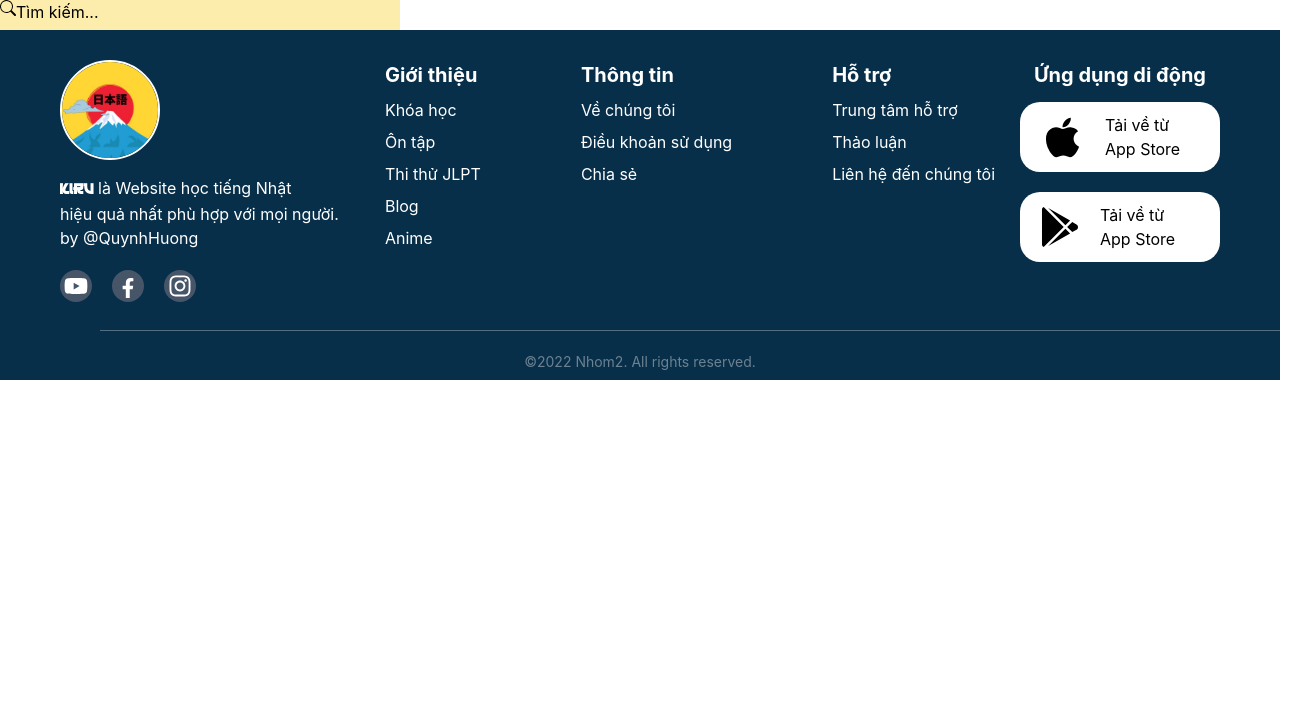
Repository: Quynhhuong150322/Kiru_Website-hoc-tieng-Nhat
Page: /TrangChu
An editor plug-in stored every save of this project. The page is shown before and after a run of saves, followed by the edit.
The browser window is 1280 px wide. The page is 1300 px wide, so the pictures cover 1300 px, including what lies to the right of the window. The pictures show the whole page.
The project was rebuilt for these pictures with package versions that can differ from the ones it lists, and the page was loaded fresh each time. Also part of the build but not shown: src/component/header_footer/Menu.js.

Above is the page before, as saved 2023-08-18 03:31:32.

After the next 2 saves:
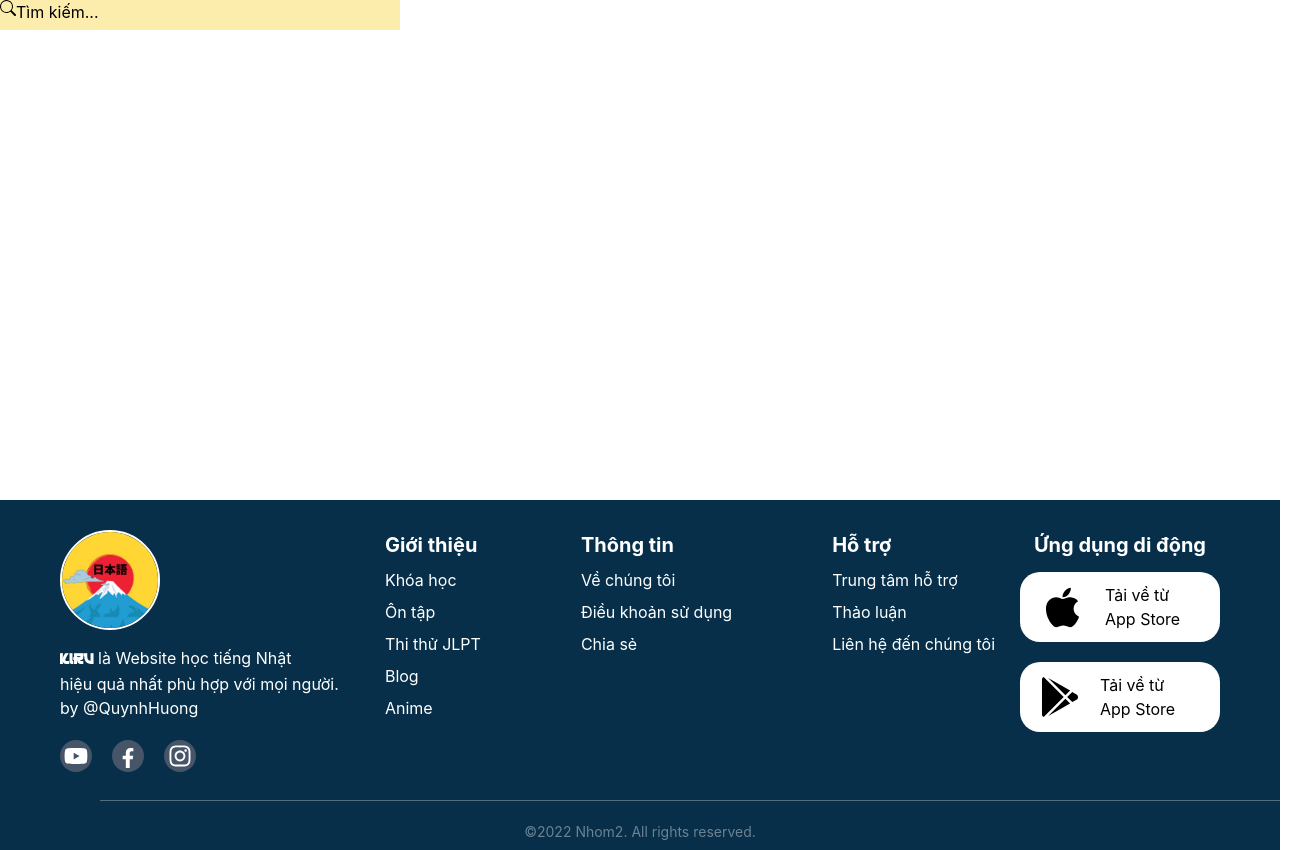
The 2 saves are shown as one change because they came seconds apart.
The last was saved 44 s later.
--- a/src/component/Search.js
+++ b/src/component/Search.js
@@ -3,7 +3,7 @@
 
 const Search = () => {
     return (
-        <div className="">
+        <div className="h-[500px]">
             <div className="h-[30px] w-[400px] bg-amber-200/70">
                 <div className="flex flex-row">
                     <BsSearch/>
